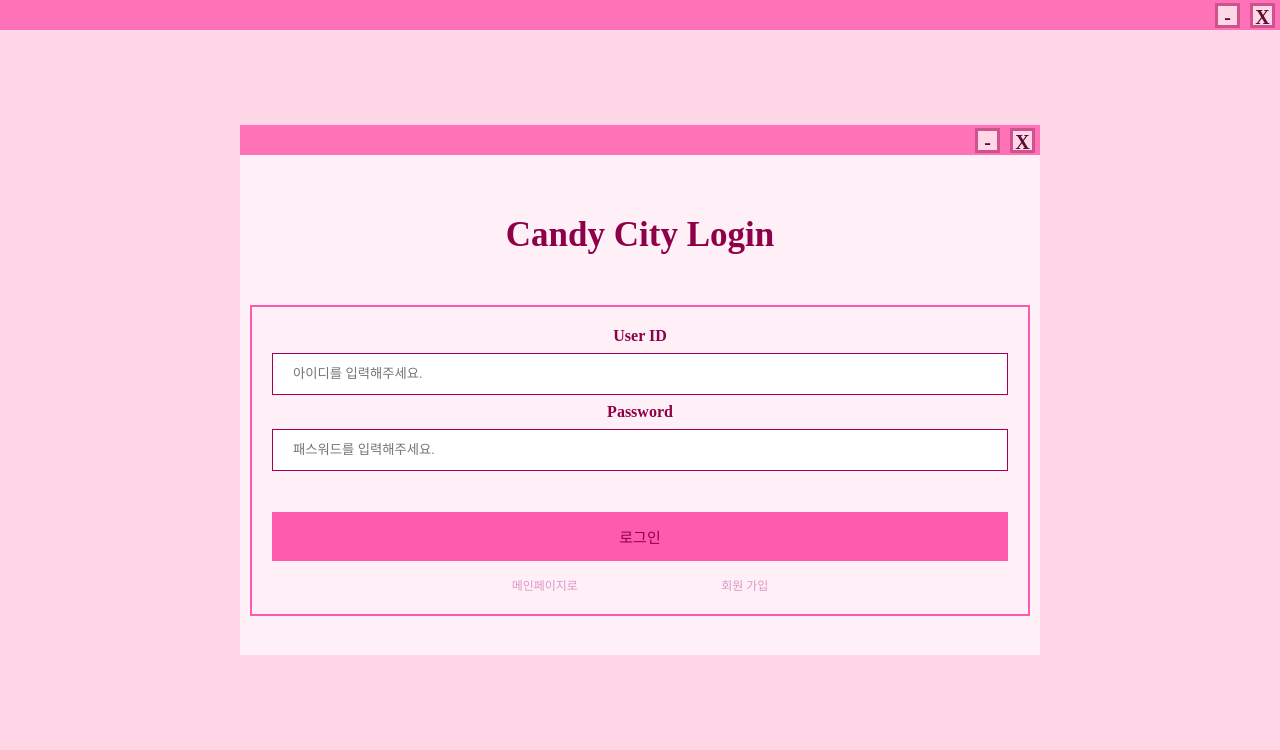
Repository: chanbiM/candyCityProject
Page: http://localhost/CandyCityProj/member/login.jsp
These files come from the project's save history. The page is drawn as it stood at one moment and after the next save; the edit follows.
The browser window is 1280 px wide. The pictures show the whole page.
Some web fonts or font styles are not loaded; a fallback is used. The page is served by Tomcat 9. Other server files are loaded and not shown.

Above is the page before, as saved 2022-11-11 04:58:22.

### CandyCityProj/WebContent/member/login.jsp
<%@ page language="java" contentType="text/html; charset=UTF-8"
	pageEncoding="UTF-8"%>

<!DOCTYPE html>
<html>
<head>
<meta charset="UTF-8">
<title>login</title>
<link rel="stylesheet" href="/css/mainStyle.css">
<link rel="stylesheet" href="/css/loginStyle.css">
</head>
<body>
	<div class="window">
		<button class="widow_btn" id="-_btn">-</button>
		<button class="widow_btn" id="x_btn">X</button>
	</div>
	<div class="wrapper">

		<div class="login">
			<div class="window">
				<button class="widow_btn" id="-_btn">-</button>
				<button class="widow_btn" id="x_btn">X</button>
			</div>

			<form action="/login" method="get" id="loginForm">

				<h2>Candy City Login</h2>

				<div class="login_center">
					<label><b>User ID</b></label> <input type="text"
						placeholder="아이디를 입력해주세요." name="id">

					<label><b>Password</b> <input type="password"
						placeholder="패스워드를 입력해주세요." name="pwd"></label>
					<br><br>
					<input type="submit" value="로그인">

					<ul>
						<li><a href="../index.jsp"> 메인페이지로 </a></li>
						<li><a href="/member/insertMember.jsp"> 회원 가입 </a></li>
					</ul>
				</div>
			</form>
		</div>


	</div>
</body>
</html>

### CandyCityProj/WebContent/css/mainStyle.css
@font-face {
    font-family: 'DungGeunMo';
    src: url('https://cdn.jsdelivr.net/gh/projectnoonnu/noonfonts_six@1.2/DungGeunMo.woff') format('woff');
    font-weight: normal;
    font-style: normal;
}
* {
    margin: 0;
    padding: 0;
    list-style: none;
    text-decoration: none;
    color: rgb(19, 0, 1);
    font-family: 'DungGeunMo';
    color: #8e0047;
}

.wrapper {
    width: 1280px;
    margin: 0 auto;
    background-color: rgb(255, 215, 230);
}

.window {
    width: 100%;
    height: 30px;
    display: flex;
    justify-content: flex-end;
    background-color: #FF72B7;
    align-items: center;
}
.widow_btn {
    width: 25px;
    height: 25px;
    margin: 5px;
    color: #580e32;
    font-weight: bold;
    font-size: 20px;
    background-color: rgb(255, 215, 230);
    border: 3px solid #ce528e;
}

.widow_btn:hover {
    background-color: rgb(203, 164, 178);
    border: 3px solid #953c67;
    cursor: pointer;
    text-align: center;
}

.logo > a {
    display: flex;
}

.logo > a > img {
    width: 150px;
    height: 120px;
    margin: 50px;
    margin-top: 15px;
}

header {
    width: 100%;
    height: 150px;
    display: flex;
    justify-content: space-between;
}

.minimenu {
    width: 300px;
    display: flex;
    align-items: center;
    margin-right: 50px;
}

.minimenu ul {
    width: 300px;
    display: flex;
    justify-content: space-evenly;
}

.mainmenu {
    /* 메뉴 요소 4개 가로정렬 */
    display: flex;

    /* 중앙정렬 */
    text-align: center;
    align-items: center;

    background-color: #FF72B7;
    border-top: 2px #8e0047 solid;
    border-bottom: 2px #8e0047 solid;
    position:relative;

}

.mainmenu li {
    width: 25%;
    height: 50px;
}

.mainmenu a {
    display: flex;
    justify-content: center;
    align-items: center;
    width: 100%;
    height: 100%;
    font-size: 18px;
    font-weight: 600;

    /* 하이라이팅 줄때 애니메이션을 줄 시간과 속성들 */
    transition: background-color 1s, color 1s;
}
/* :hover -> 마우스를 위에 올려 놓을때 적용할 스타일*/
.mainmenu a:hover {
    background-color: #aa4a78;
    color: white;
}

.submenu {
    /* 부모의 면적 + 다른 요소에 영향을 주지 않음 -> 다른 요소에 독립적*/
    position: absolute;
    /* 맨 앞으로 가져오기*/
    z-index: 100;

    width: 25%;
    background-color: #FF72B7;
    color: white;

    /* 기본적으로는 가려짐. 나중에 js로 호버될때 해제되도록 해줄 것 */
    display: none;
}

.submenu li {
    width: 100%;
}
.submenu a:hover {
    background-color: rgb(254, 207, 228);
    color: rgb(70, 19, 30);
}

#slide {
    width: 100%;
    height: 300px;
    position: relative;
    overflow: hidden;
}
#slide>ul>li>a>img {
    position: absolute;
    width: 100%;
    top: 0;
    left: -100%;
    opacity: 0;
}

#slide >ul>li>a>img:first-child {
    left: 0;
    opacity: 1;
}

#slide ul {
    /* 다른 요소에 관여받지 않고 #slide 기준으로 움직이도록*/
    position: absolute;
    top: 0;
    left: 0;

    width: 100%;


}

/* 섹션 */

section {
    display: flex;
    height: 250px;
    overflow: hidden;
    margin: 20px;
}

section > div {
    flex: 1;
    max-width: 50%;

    padding: 10px;
}

/* 컨텐츠 탭 */
.tab {
    display: flex;
}

/* 활성화 된 탭 추가 효과 */
.tab .active {
    background-color: #FF72B7;
}
.tab .active a{
    color: white;
}


.tab div {
    padding: 7px;
    border: 1px solid #800040;
    /* content, tab이 보더가 곂치므로 한쪽 없애주기 */
    border-bottom: none;
}

#content_container .content {
    padding: 7px;
    border: 1px solid #800040;

    /* 일정 크기 이상으로 글자가 나오는걸 방지 */
    max-width: 600px;
    height: 130px;
}

/* 각 요소들의 글자가 넘쳐날 경우 .... 처리*/
#post li {
    overflow: hidden;
    text-overflow:ellipsis;
    white-space: nowrap;
    line-height: 25px;


    border-bottom: 1px solid #800040;
}

/* 갤러리 */
/* 기본적으로 활성화 된게 공지사항이므로 갤러리 컨텐츠는 가리기 */
#gallary {
    display: none;
}

#gallary ul {
    display: flex;
    justify-content: space-between;

}

#gallary img{
    width: 100px;
}

#link_container ul, #link_container li{
    width: 100%;
}

#link_container ul {
	border: 2px solid #FF72B7;

	padding: 10px;
}
#link_container li {
    /* 버튼별 간격 */
    margin-bottom: 5px;

    /* 버튼 내부 간격 */
    padding: 10px;
    text-align: center;
    background-color: #FF72B7;
}

#link_container a {
    color: white;
}

/* 푸터 */

footer {
    /* 가로 정렬 */
    display: flex;

    /* 3가지 요소들 가로 간격 */
    justify-content: space-between;
    /* 세로 중앙 정렬*/
    align-items: center;

    width: 100%;
    height: 100px;
    margin: 30px;
}

.sns {
    display: flex;
    margin-right: 70px;
}

/* sns 아이콘별 간격 */
.sns li {
    margin-left: 10px;
}

footer img {
    width: 30px;
}

/* 팝업의 배경 */
#popup_back {
    /* 기본적으로 가려짐 */
    display: none;

    /* 사이트 내용의 면적을 무시하고 배치*/
    position: absolute;
    top: 0;
    left: 0;

    /* 창 전체 가로 세로 채우기*/
    width: 100%;
    height: 100%;

    /* 검정색 배경(0,0,0,)에서 0.8로 투명도 설정*/
    background: rgba(0,0,0,0.8);
}

/* 팝업 본체 */
#popup{
    position: relative;

    /* 팝업 창의 가로 세로*/
    width:400px;
    height:200px;

    /* 배경 면적의 top 50%, left 50% 위치로 이동 */
    top:50%;
    left:50%;
    /* 중앙 배치를 위해 팝업의 가로 세로의 절반 크기 만큼 옮기기*/
    margin-top: -100px;
    margin-left:-200px;

    background:#fff;
    padding: 20px;
}
/* 팝업 버튼 */
#popup_close {
    position: absolute;
    padding: 5px;

    /* 팝업의 아래쪽부터 20px, 오른쪽으로부터 20px */
    right: 20px;
    bottom: 20px;
}

### CandyCityProj/WebContent/css/loginStyle.css
@charset "UTF-8";

* {
	margin: 0 auto;
	padding: 0;
	box-sizing: border-box;
	color: #8e0047;
	text-decoration: none;
}

.wrapper {
	width: 1280px;
	text-align: center;
	display: flex;
  	justify-content: center;
 	align-items: center;
 	min-height: 100vh;
 	background-color: rgb(255, 215, 230);
}

h2 {
	margin: 50px 0;
	font-size: 35px;
}

Form {
	background-color: #fff0f8;
	padding: 10px;
	display: block;
	margin: 0 auto;

}

#loginForm {
	width: 800px;
	height: 500px;
}

.login_center {
	border: 2px solid #ff59ac;
	padding: 20px;
}

input[type=text], input[type=password], input[type=number]{
	width: 100%;
	padding: 12px 20px;
	margin: 8px 0;
	display: inline-block;
	border: 1px solid #a60053;
}

input[type=submit] {
	background-color: #ff5bad;
	color: #8e0047;
	padding: 14px 20px;
	margin: 15px 0;
	cursor: pointer;
	border: 0px;
	width: 100%;
	font-size: 15px;
}

input[type=submit]:hover {
	background-color: #8e0047;
	color: #fff;
}


input[type=reset] {
	background-color: #bcbcbc;
	color: #8e0047;
	padding: 14px 20px;
	margin: 8px 0;
	cursor: pointer;
	width: 100%;
}

a {
	font-size: 12px;
	color: #db97c7;
}

a:hover {
	font-weight: bold;
}

Form ul{
	display: flex;
	width: 400px;
    align-items: center;
}

After the next save:
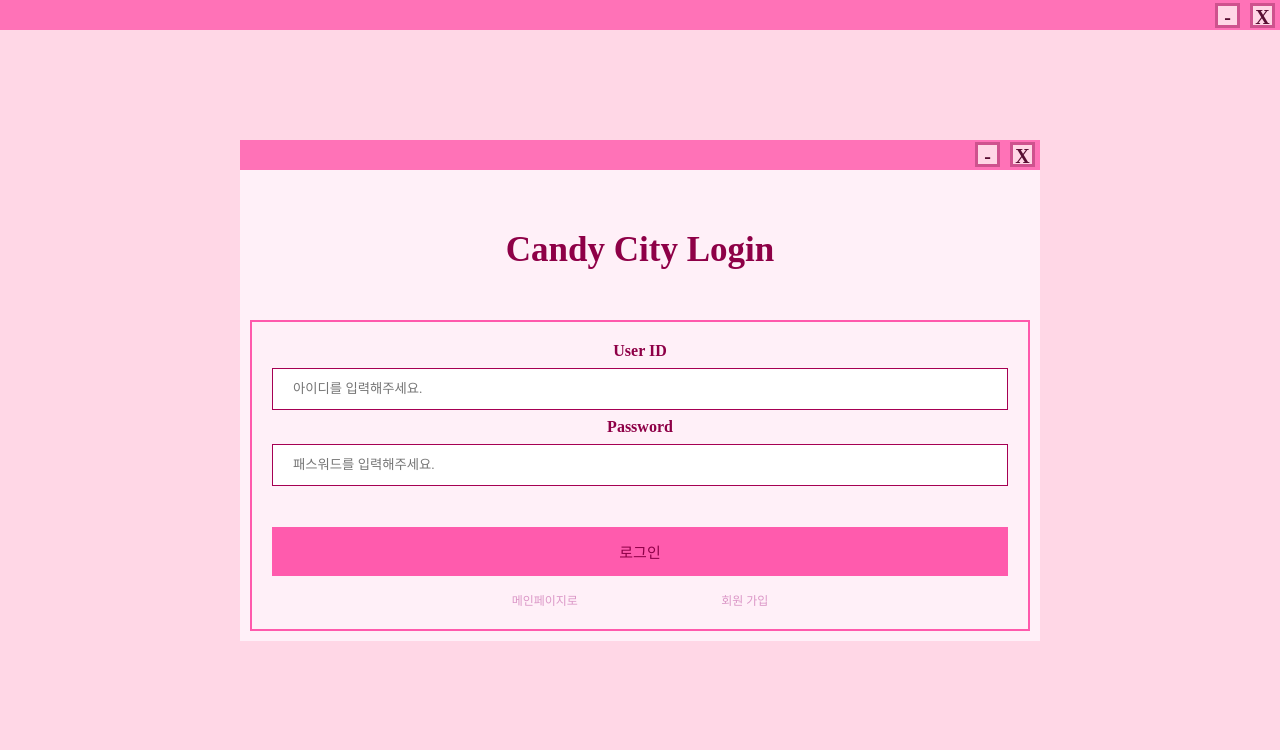
Saved 24 h 2 min later.
--- a/CandyCityProj/WebContent/css/loginStyle.css
+++ b/CandyCityProj/WebContent/css/loginStyle.css
@@ -33,7 +33,7 @@
 
 #loginForm {
 	width: 800px;
-	height: 500px;
+
 }
 
 .login_center {

After the save that followed:
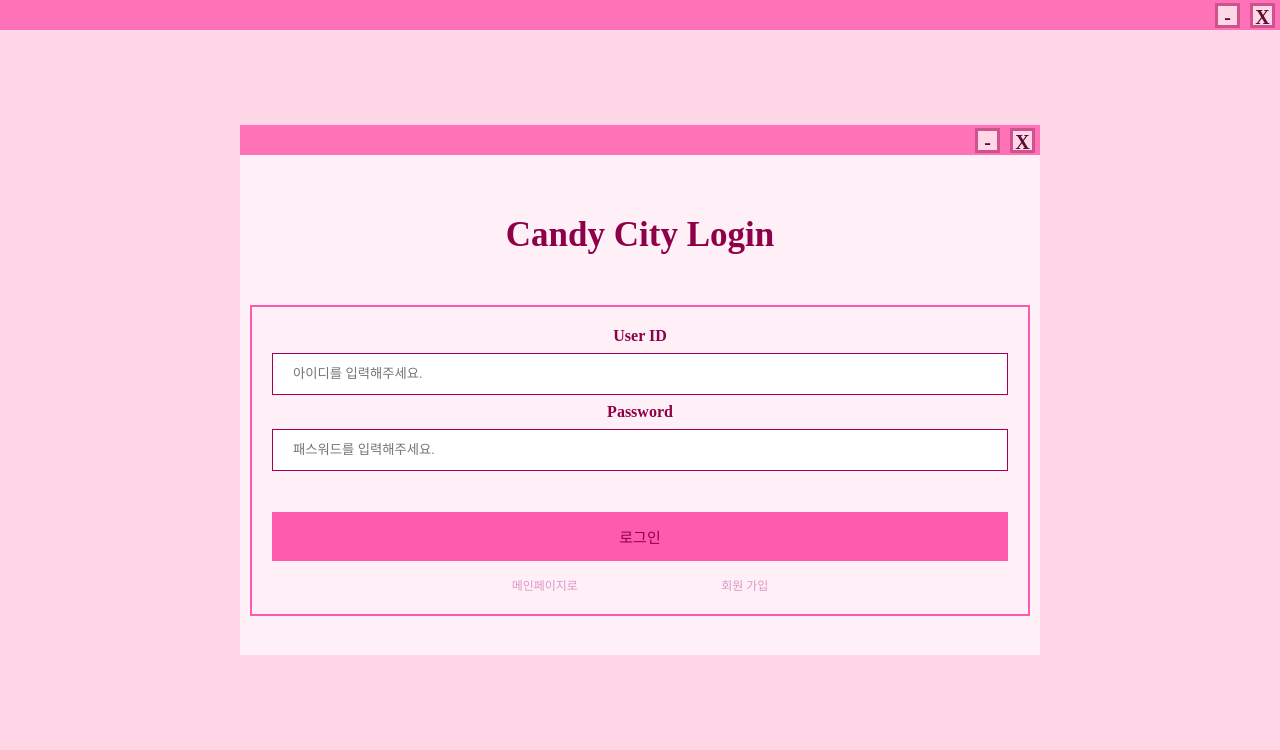
Saved 75 s later.
--- a/CandyCityProj/WebContent/css/loginStyle.css
+++ b/CandyCityProj/WebContent/css/loginStyle.css
@@ -31,9 +31,14 @@
 
 }
 
+#signUpForm{
+	width: 800px;
+	height: 700px;
+}
+
 #loginForm {
 	width: 800px;
-
+	height: 500px;
 }
 
 .login_center {
